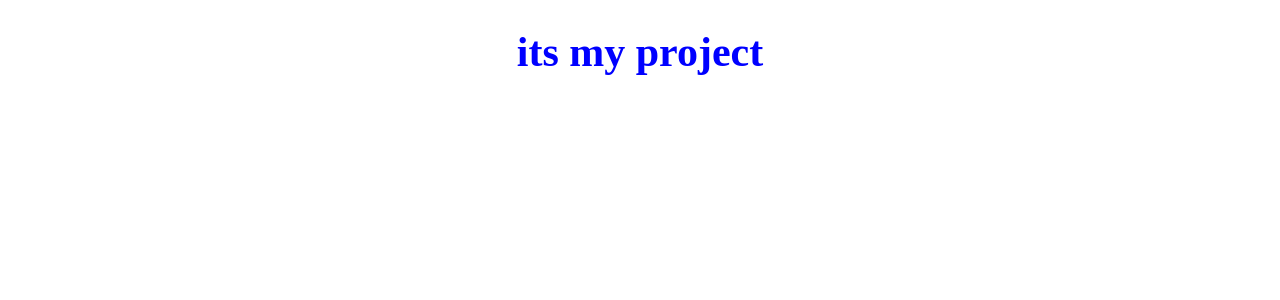
Repository: Hansol46/Films-archive
Page: /
These files come from the project's save history. The page is drawn as it stood at one moment and after the next save; the edit follows.
The browser window is 1280 px wide. The pictures show the whole page.
The project was rebuilt for these pictures with package versions that can differ from the ones it lists, and the page was loaded fresh each time. Also part of the build but not shown: webpack.config.js.

Above is the page before, as saved 2020-09-24 14:08:52.

### src/index.html
<!DOCTYPE html>
<html lang="en">
<head>
    <meta charset="UTF-8">
    <meta name="viewport" content="width=device-width, initial-scale=1.0">
    <title>Search Films</title>
</head>
<body>
    <div id='root'>

    </div>
</body>
</html>

### src/index.js
import React from 'react'
import ReactDOM from 'react-dom'
import App from './components/App'


ReactDOM.render(<App />, document.getElementById('root'))

### src/components/App.js
import React from 'react'
// import '../styles/App.css'
import '../styles/App.module.sass'

// class App extends React.Component {
//     render() {
//         return (
//             <div>
//                 <h1> its my project</h1>
//             </div>
//         )
//     }
// }
function App () {
    return (
        <div>
            <h1> its my project</h1>
        </div>
    )
}

export default App

### src/styles/App.module.sass
h1
    color: blue
    text-align: center
    font-size: 42px

After the next save:
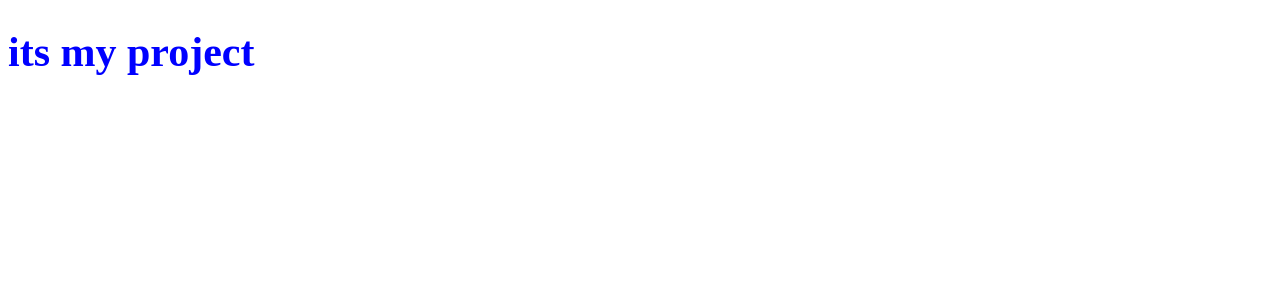
Saved 39 s later.
--- a/src/styles/App.module.sass
+++ b/src/styles/App.module.sass
@@ -1,4 +1,4 @@
 h1
     color: blue
-    text-align: center
+    // text-align: center
     font-size: 42px
